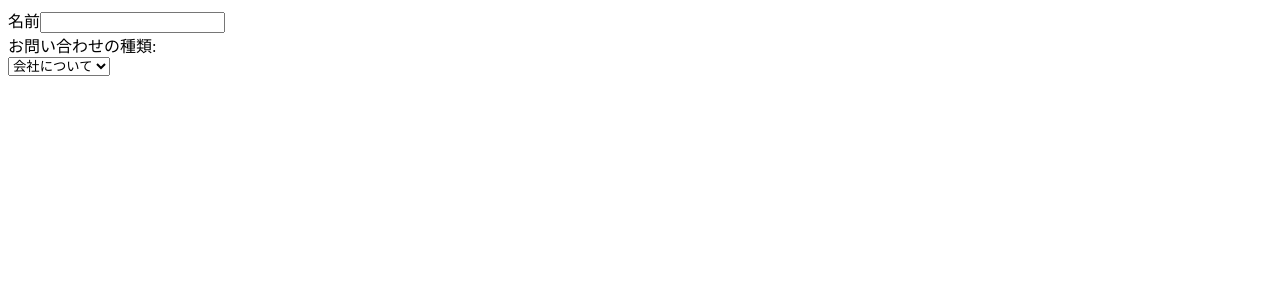
Repository: 1209mori05/test
Page: http://localhost/WebProj3/inquiry.jsp
The author's editor kept a copy of each file at every save. The page is drawn from the files as they stood at one save, then again after the next save.
The browser window is 1280 px wide. The pictures show the whole page.
The page is served by Tomcat 9. Other server files are loaded and not shown.

Above is the page before, as saved 2018-03-15 02:17:19.

### WebProj3/WebContent/inquiry.jsp
<%@ page language="java" contentType="text/html; charset=UTF-8"
    pageEncoding="UTF-8"%>
<%@ taglib prefix="s" uri="/struts-tags" %>
<!DOCTYPE html>
<html>
<head>
<meta charset="UTF-8">
<title>お問い合わせフォーム</title>
</head>
<body>
	<s:form method="post" action="InquiryCompleteAction">
		名前<input type="text" name="name" /><br>
		お問い合わせの種類:<br>
		<select name="name">
			<option value="company">会社について</option>
			<option value="product">製品について</option>
			<option value="product">製品について</option>
		</select><br>
	</s:form>
</body>
</html>

After the next save:
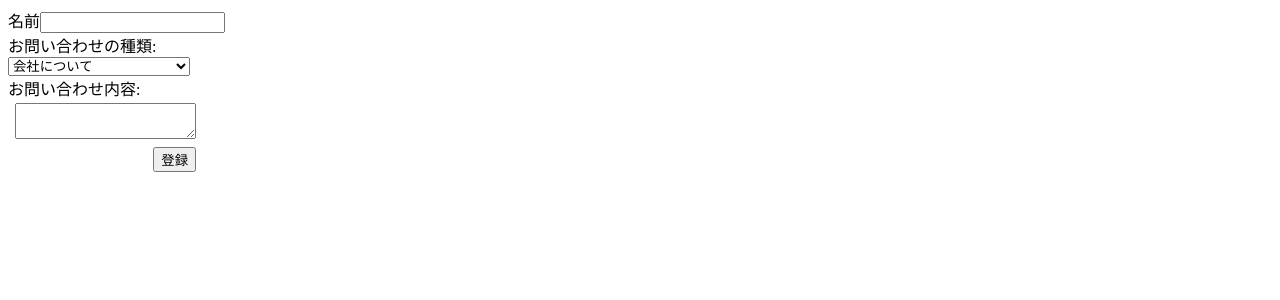
Saved 5 min 58 s later.
--- a/WebProj3/WebContent/inquiry.jsp
+++ b/WebProj3/WebContent/inquiry.jsp
@@ -14,8 +14,11 @@
 		<select name="name">
 			<option value="company">会社について</option>
 			<option value="product">製品について</option>
-			<option value="product">製品について</option>
+			<option value="support">アフターサポートについて</option>
 		</select><br>
+		お問い合わせ内容:
+		<s:textarea name="body" /><br>
+		<s:submit value="登録" />
 	</s:form>
 </body>
 </html>
